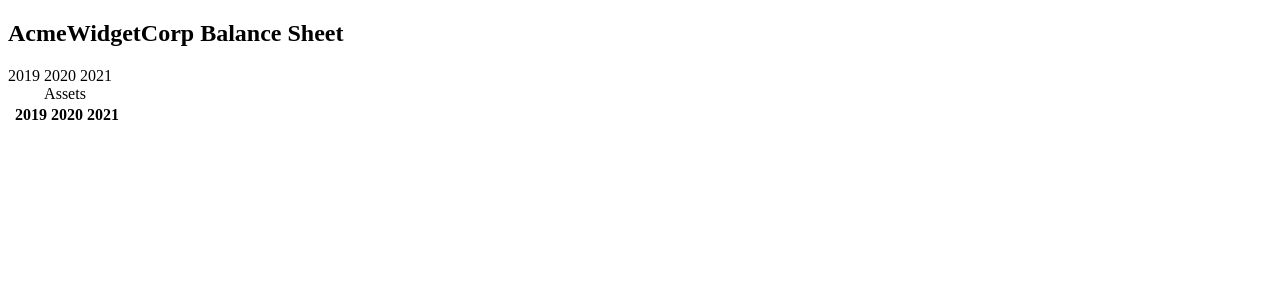
Repository: Lungdjos/balance_shee
Page: index.html
An editor plug-in stored every save of this project. The page is shown before and after the next save, followed by the edit.
The browser window is 1280 px wide. The pictures show the whole page.

Above is the page before, as saved 2023-10-30 16:48:53.

### index.html
<!DOCTYPE html>
<html lang="en">

<head>
    <meta charset="UTF-8">
    <meta name="viewport" content="width=device-width, initial-scale=1.0">
    <title>Balance Sheet</title>
    <link rel="stylesheet" href="styles.css">
</head>

<body>
    <main>
        <section>
            <h1>
                <span class="flex">
                <span>AcmeWidgetCorp</span>
                <span>Balance Sheet</span>
                </span>
            </h1>
            <div id="years" aria-hidden="true">
                <span class="year">2019</span>
                <span class="year">2020</span>
                <span class="year">2021</span>
            </div>
            <div class="table-wrap">
                <table>
                    <caption>Assets</caption>
                    <thead>
                        <tr>
                            <td></td>
                            <th><span class="sr-only year">2019</span></th>
                            <th><span class="sr-only year">2020</span></th>
                            <th class="current"><span class="current">2021</span></th>
                        </tr>
                    </thead>
                    <tbody>
                        <tr class="data"></tr>
                        <tr class="data"></tr>
                        <tr class="data"></tr>
                        <tr class="total"></tr>
                    </tbody>
                </table>
                <table></table>
                <table></table>
            </div>
        </section>
    </main>
</body>

</html>

Loaded but not shown: styles.css (no copy from this time; the picture is the same without it)

After the next save:
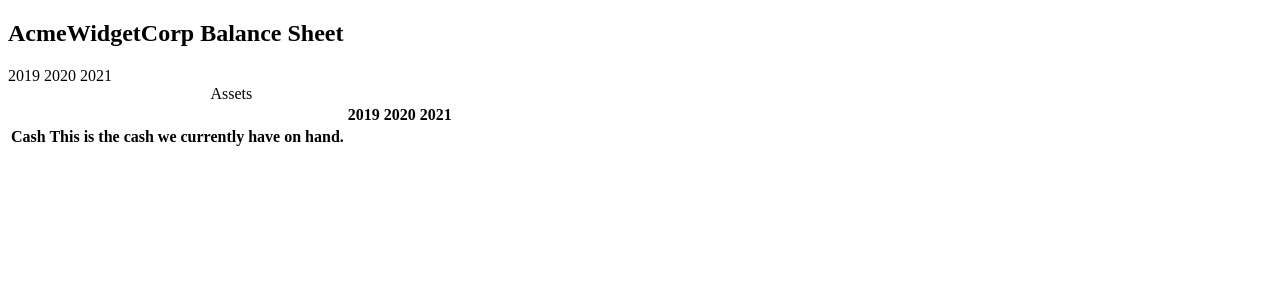
Saved 15 h 52 min later.
--- a/index.html
+++ b/index.html
@@ -34,7 +34,9 @@
                         </tr>
                     </thead>
                     <tbody>
-                        <tr class="data"></tr>
+                        <tr class="data">
+                            <th>Cash <span class="description">This is the cash we currently have on hand.</span></th>
+                        </tr>
                         <tr class="data"></tr>
                         <tr class="data"></tr>
                         <tr class="total"></tr>
